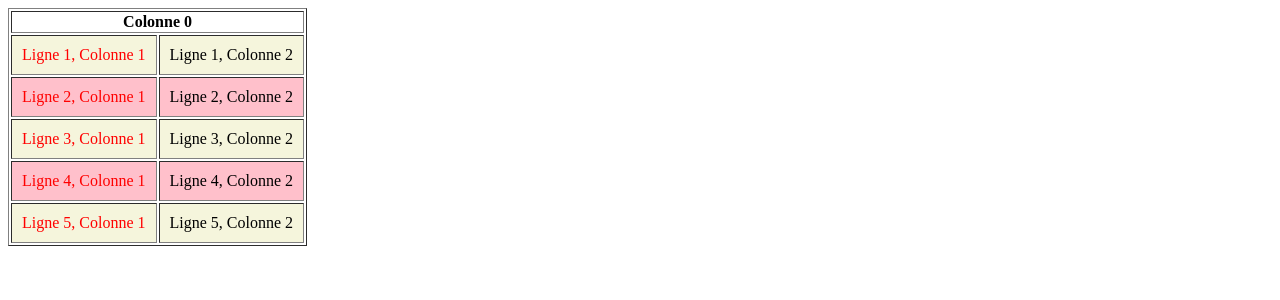
Repository: Chaimaa482/web-tp4
Page: ex1.html
The author's editor kept a copy of each file at every save. The page is drawn from the files as they stood at one save, then again after a run of saves.
The browser window is 1280 px wide. The pictures show the whole page.

Above is the page before, as saved 2023-10-22 16:04:30.

After the next 2 saves:
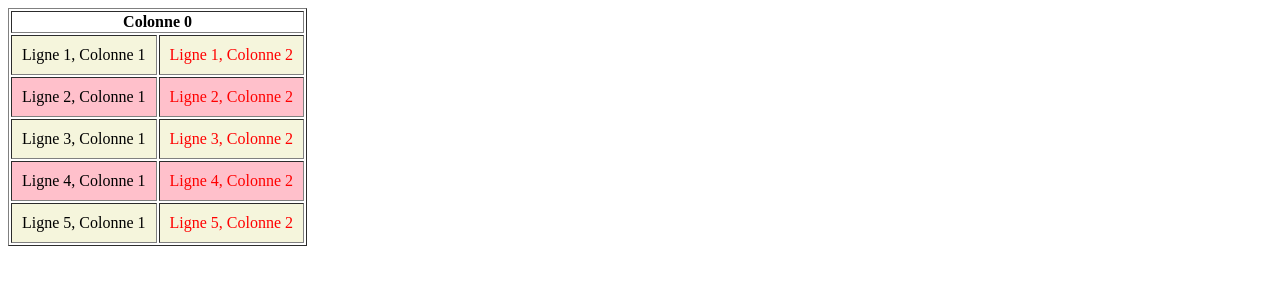
The 2 saves are shown as one change because they came seconds apart.
The last was saved 31 s later.
--- a/ex1.html
+++ b/ex1.html
@@ -4,10 +4,11 @@
 </head>
 <style>
     .col1 {
-        color: red;
+
         padding: 10px;
     }
     .col2 {
+        color: red;
         padding: 10px;
     }
 </style>
